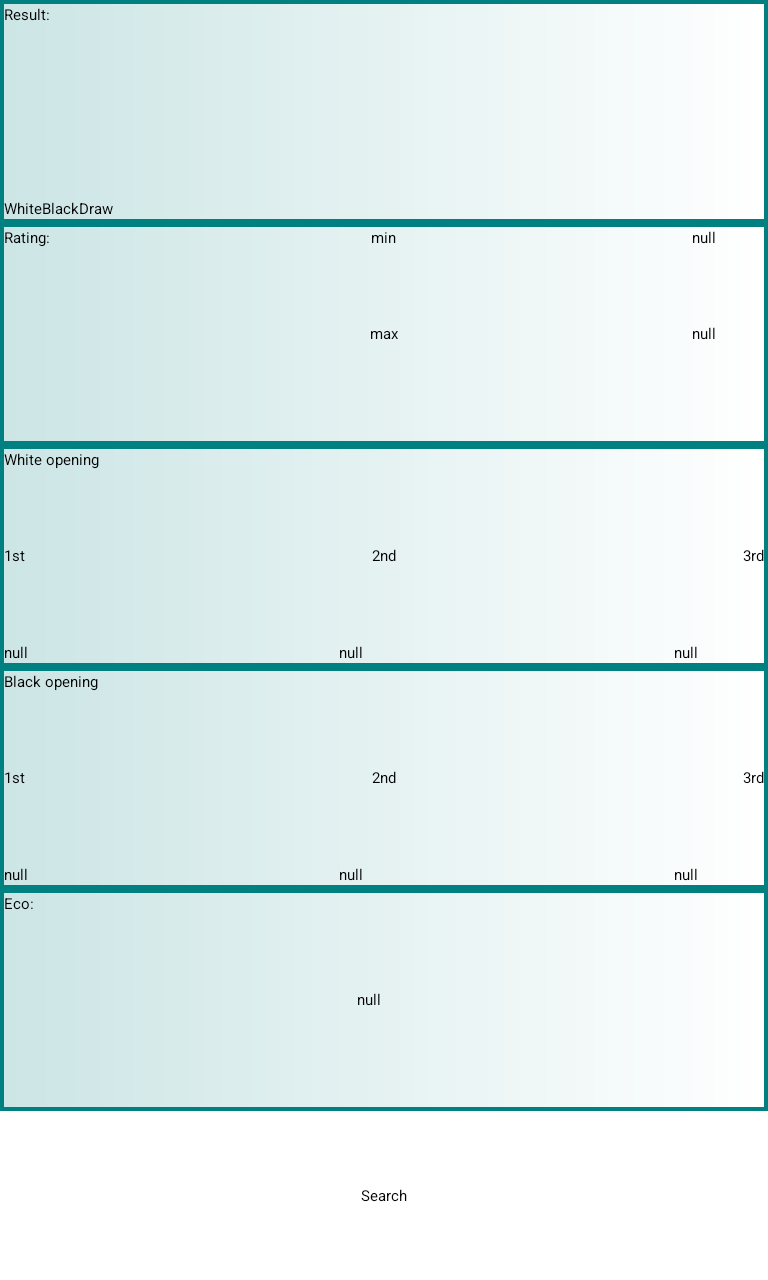
Repository: zyixc/ProjectChessV2
Layout: ChessMasters/res/layout/fragment_game_search_screen.xml
An editor plug-in stored every save of this project. The layout is shown before and after the next save, followed by the edit.
It is drawn on a 768 x 1280 px phone screen (xhdpi) without system bars, with theme AppTheme; the app's code is not run.

Above is the layout before, as saved 2014-06-25 13:43:48.

After the next save:
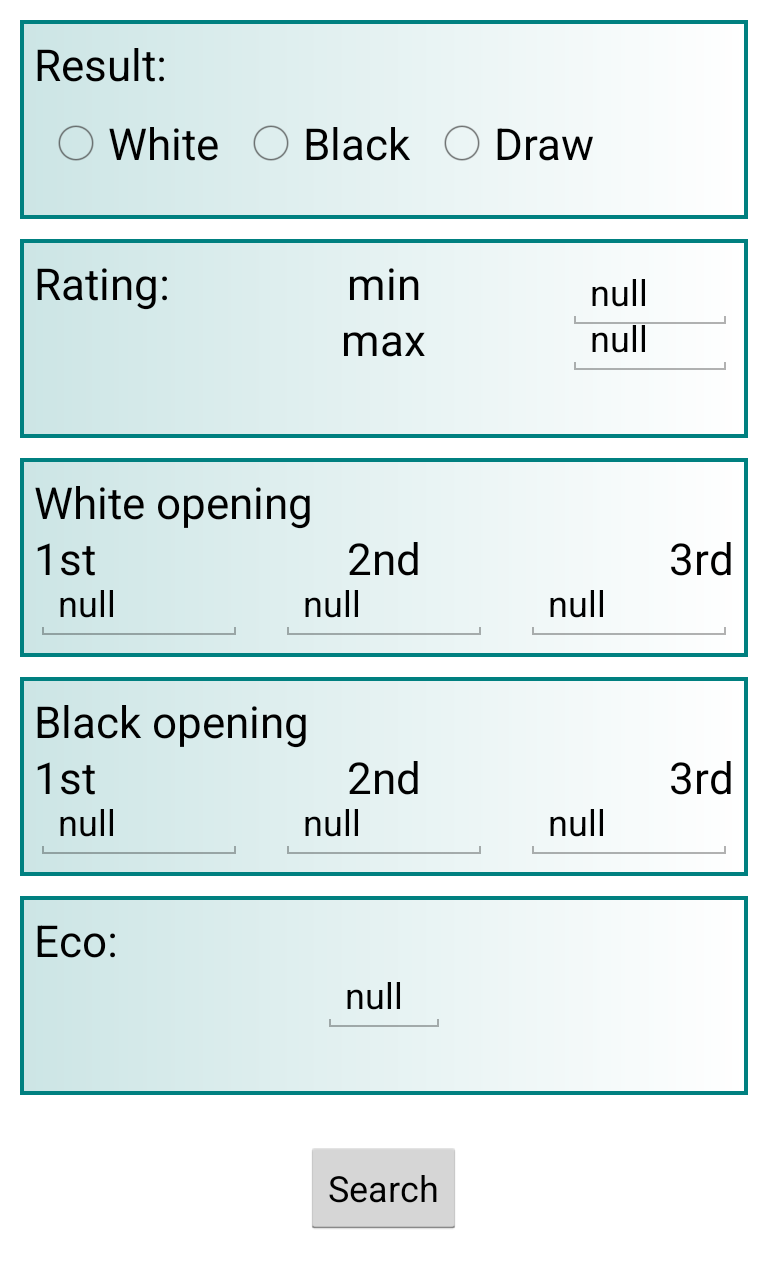
Saved 4 min 7 s later.
--- a/ChessMasters/res/values/styles.xml
+++ b/ChessMasters/res/values/styles.xml
@@ -3,7 +3,7 @@
     <!-- Base application theme. -->
     <style name="AppTheme" parent="android:Theme.Holo.Light.DarkActionBar">
         <item name="android:layout_marginLeft">5dip</item>
-        <item name="android:layout_marginRight"5dip</item>
+        <item name="android:layout_marginRight">5dip</item>
         <item name="android:layout_marginTop">5dip</item>
         <item name="android:layout_marginBottom">5dip</item>
     </style>
